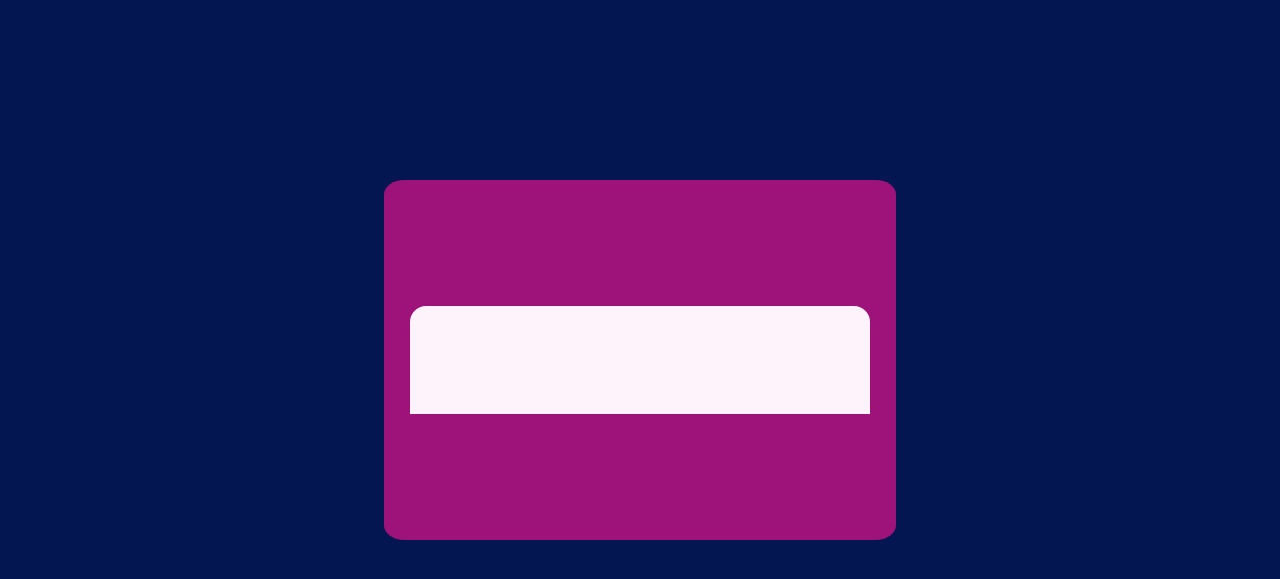
Repository: 2001mariana/Calculator_react
Page: /
The author's editor kept a copy of each file at every save. The page is drawn from the files as they stood at one save, then again after a run of saves.
The browser window is 1280 px wide. The pictures show the whole page.
The project was rebuilt for these pictures with package versions that can differ from the ones it lists, and the page was loaded fresh each time.

Above is the page before, as saved 2023-02-06 17:29:58.

After the next 2 saves:
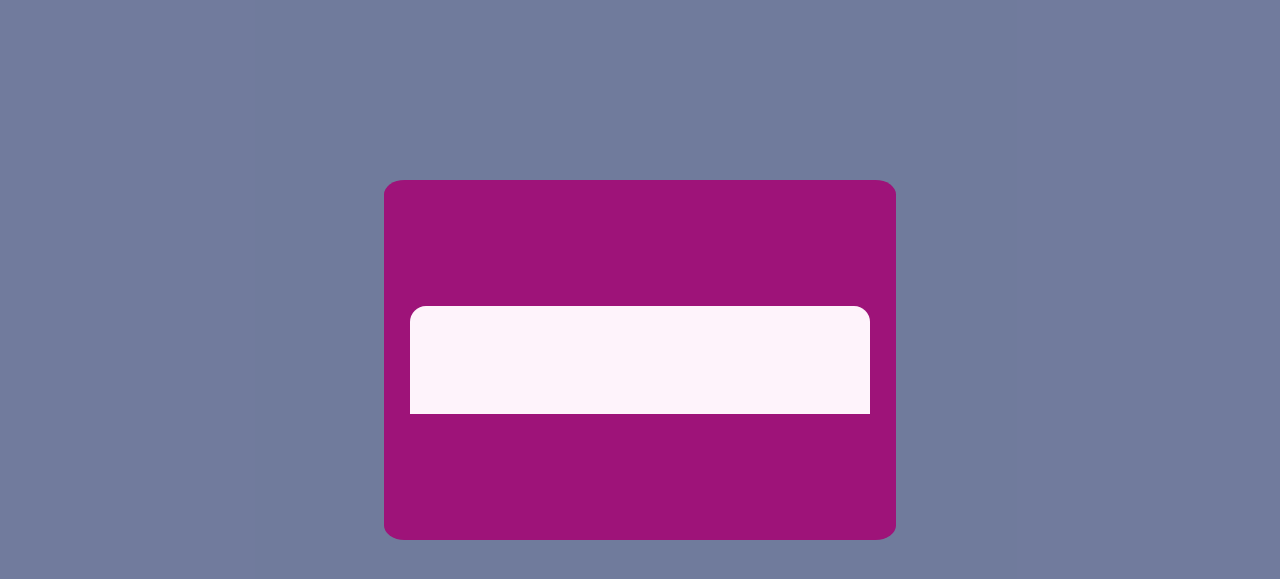
The 2 saves are shown as one change because they came seconds apart.
The last was saved 25 s later.
--- a/src/App.css
+++ b/src/App.css
@@ -1,5 +1,5 @@
 .Calculator {
-  background-color: #031651;
+  background-color: #03165190;
   height: 100vh;
   display: flex;
   justify-content: center;

After the 2 saves that followed:
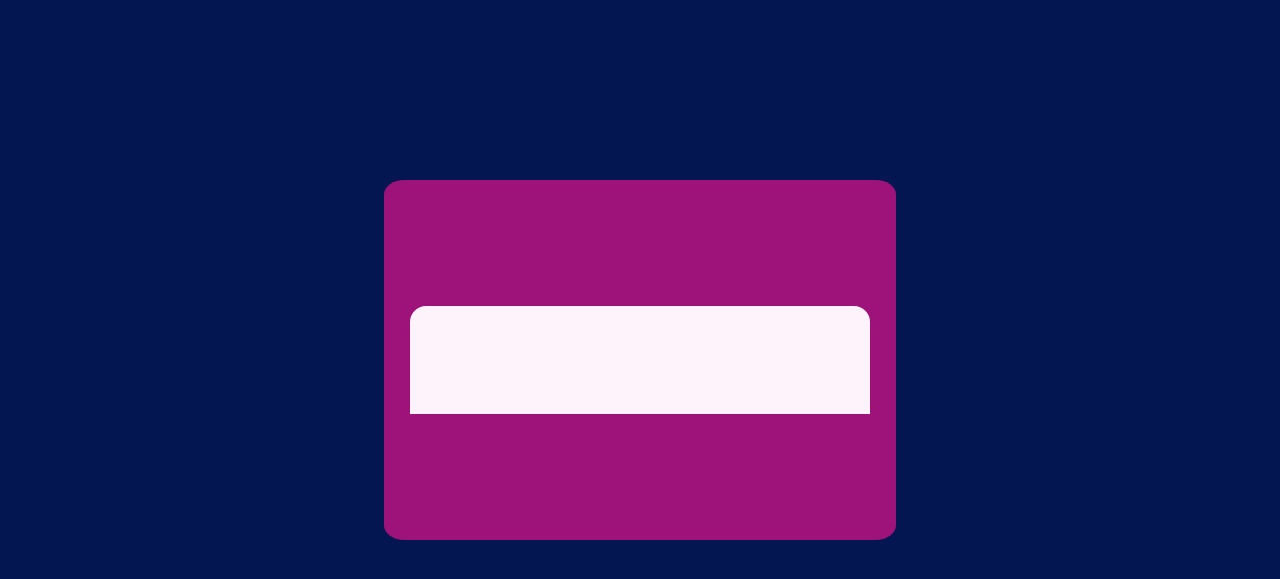
The 2 saves are shown as one change because they came seconds apart.
The last was saved 6 s later.
--- a/src/App.css
+++ b/src/App.css
@@ -1,5 +1,5 @@
 .Calculator {
-  background-color: #03165190;
+  background-color: #031651;
   height: 100vh;
   display: flex;
   justify-content: center;
